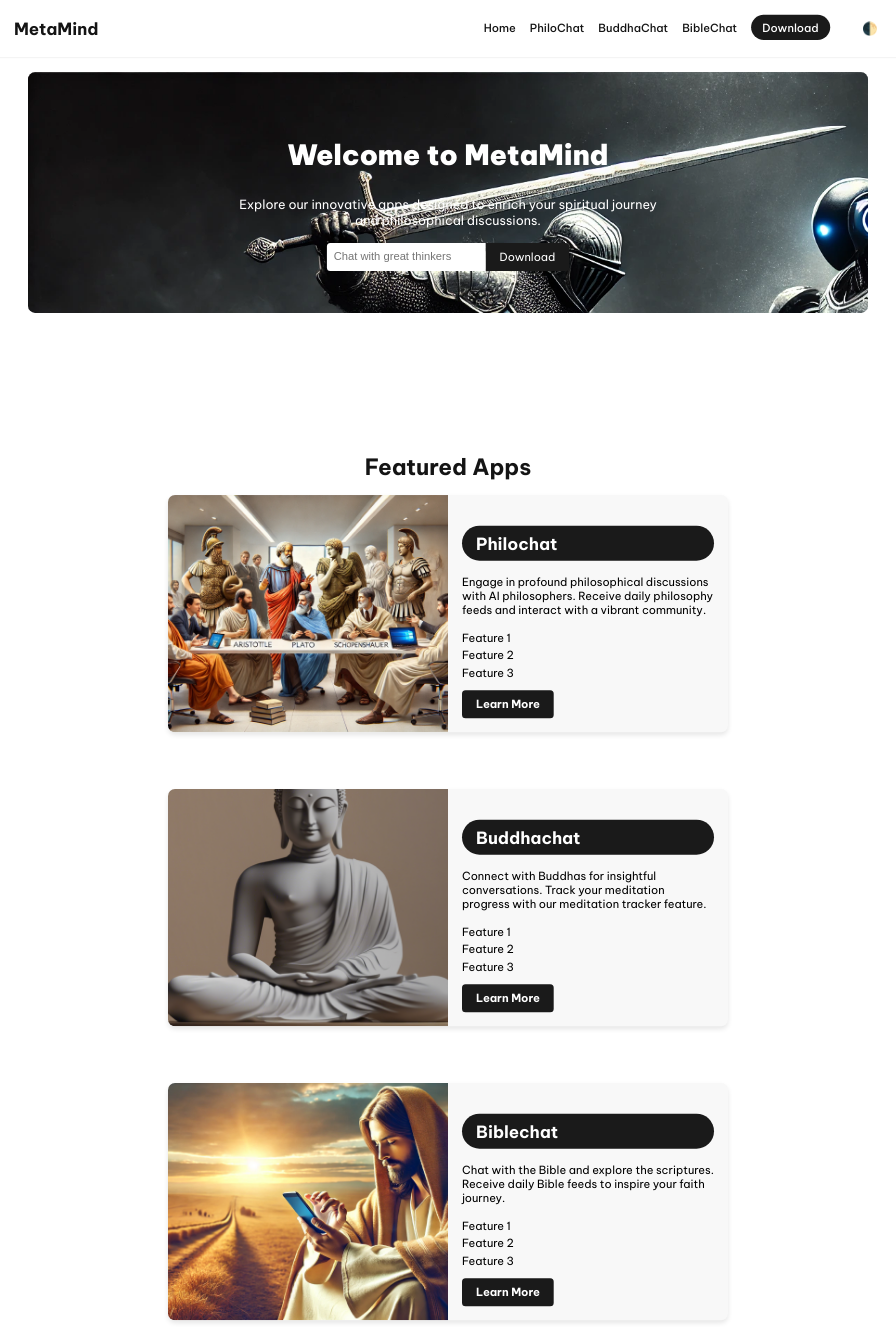
Repository: HSfac/EthosMindWeb
Page: /
An editor plug-in stored every save of this project. The page is shown before and after the next save, followed by the edit.
The browser window is 1280 px wide. The pictures show the part of the page from y = 0 to 1920 px (the page is 2669 px tall before and 2869 px after), at 70% of full size.
The project was rebuilt for these pictures with package versions that can differ from the ones it lists, and the page was loaded fresh each time. Also part of the build but not shown: src/pages/SaintsChat.css, src/pages/SaintsChat.jsx, src/pages/BuddhaChat.css, src/pages/BuddhaChat.jsx, src/pages/BibleChat.css, src/pages/BibleChat.jsx, src/pages/Download.css, src/pages/Download.jsx.

Above is the page before, as saved 2024-07-21 22:22:23.

After the next save:
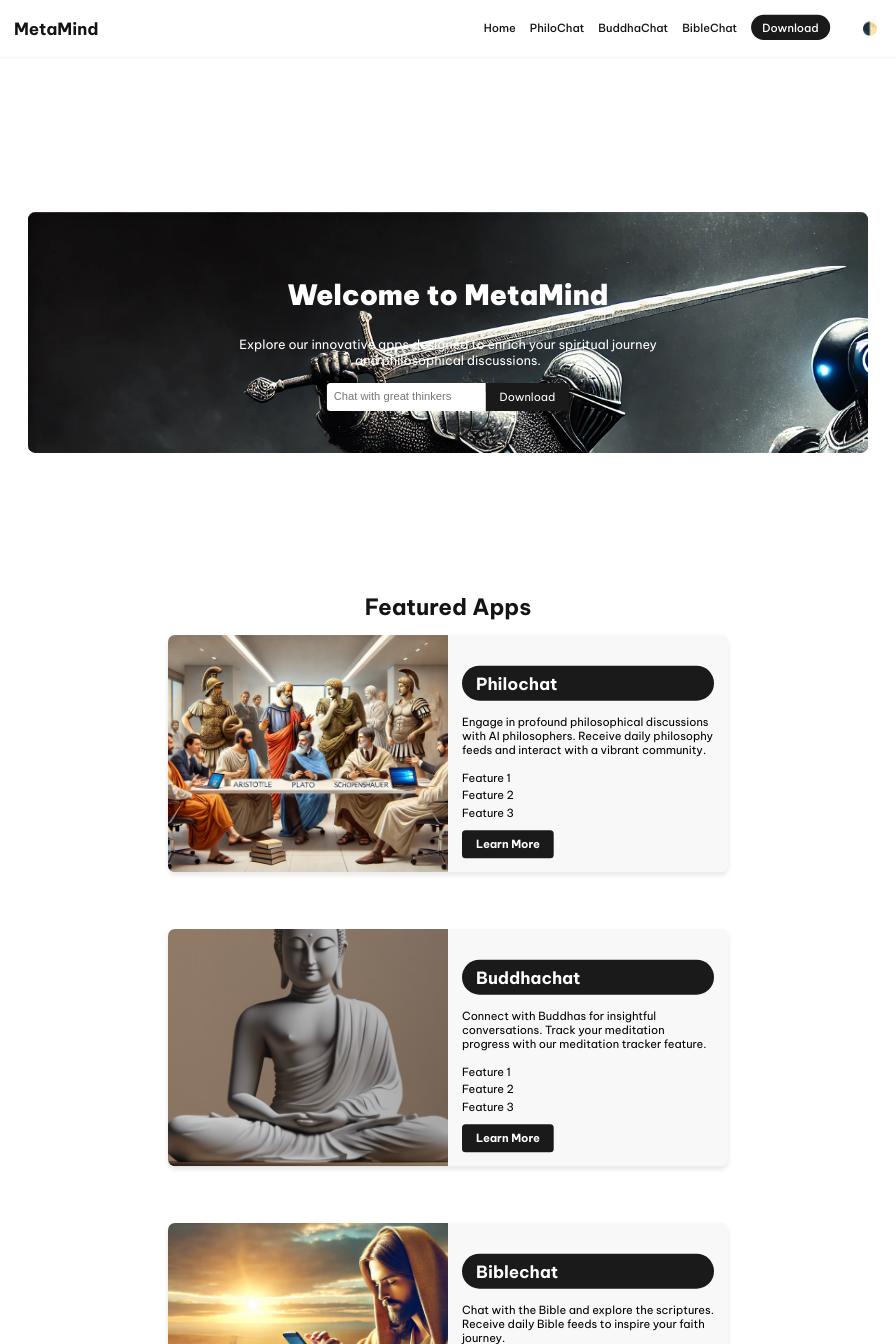
Saved 7 s later.
--- a/src/pages/Home.css
+++ b/src/pages/Home.css
@@ -3,6 +3,7 @@
 }
 
 .home-hero {
+  margin-top: 200px;
   background: linear-gradient(rgba(0, 0, 0, 0.1) 0%, rgba(0, 0, 0, 0.4) 100%), center/cover no-repeat;
   color: #ffffff;
   text-align: center;

After the 2 saves that followed:
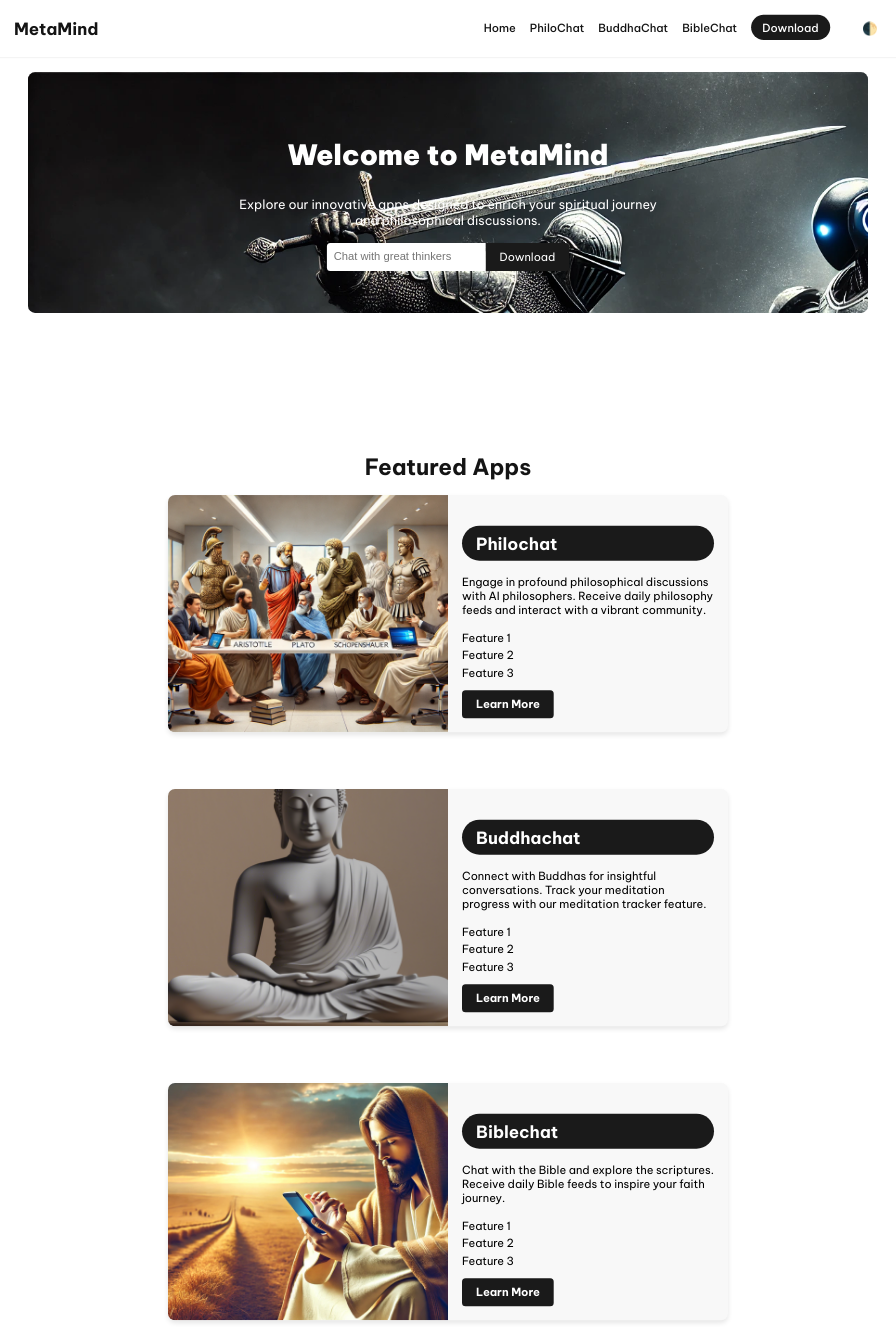
The 2 saves are shown as one change because they came seconds apart.
The last was saved 17 s later.
--- a/src/pages/Home.css
+++ b/src/pages/Home.css
@@ -3,13 +3,12 @@
 }
 
 .home-hero {
-  margin-top: 200px;
   background: linear-gradient(rgba(0, 0, 0, 0.1) 0%, rgba(0, 0, 0, 0.4) 100%), center/cover no-repeat;
   color: #ffffff;
   text-align: center;
   padding: 60px 20px;
   border-radius: 10px;
-  margin-bottom: 200px;
+  margin-bottom: 40px;
 }
 
 .home-hero-content {
